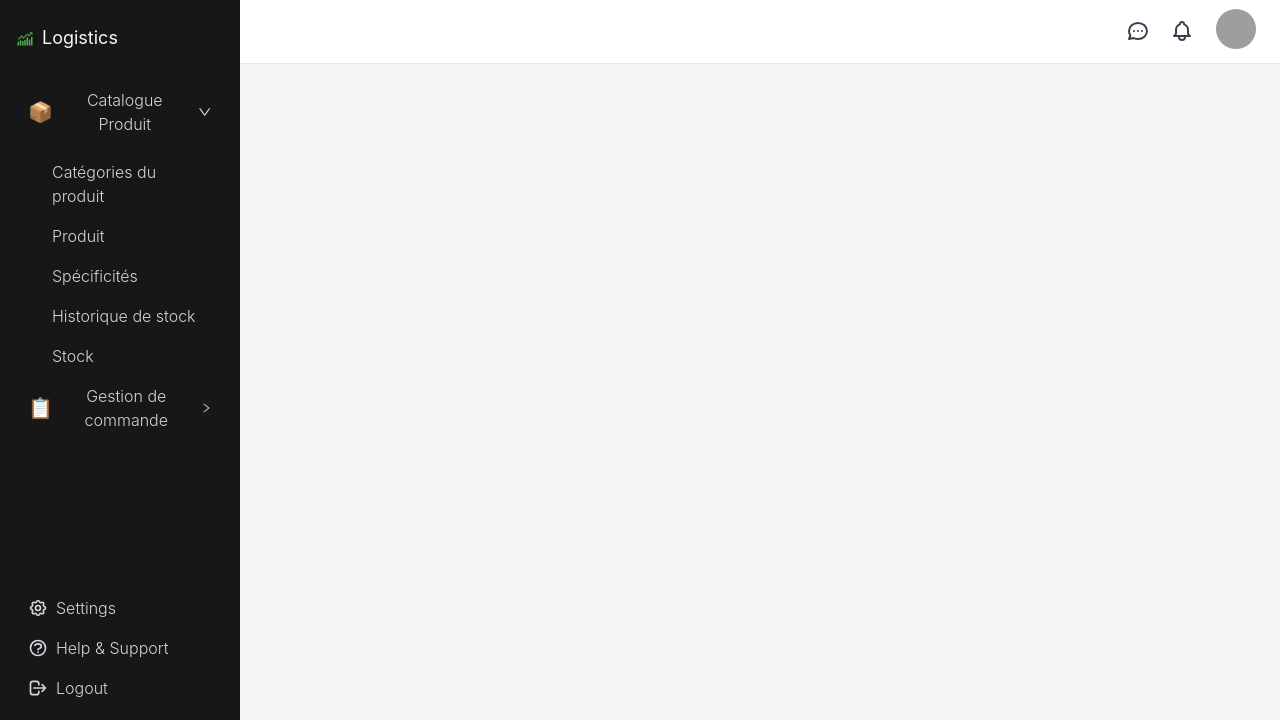
Repository: Mayar2222/Dashboard
Page: /, after clicking the first element matching `button.flex`
The author's editor kept a copy of each file at every save. The page is drawn from the files as they stood at one save, then again after a run of saves.
The browser window is 1280 px wide. The pictures show the whole page.
Pictures or frames that could not be fetched are drawn as grey boxes. The project was rebuilt for these pictures with package versions that can differ from the ones it lists, and the page was loaded fresh each time. Also part of the build but not shown: src/components/CatalogueProduits.jsx, src/components/Categories.jsx.

Above is the page before, as saved 2024-07-28 17:38:59.

After the next 2 saves:
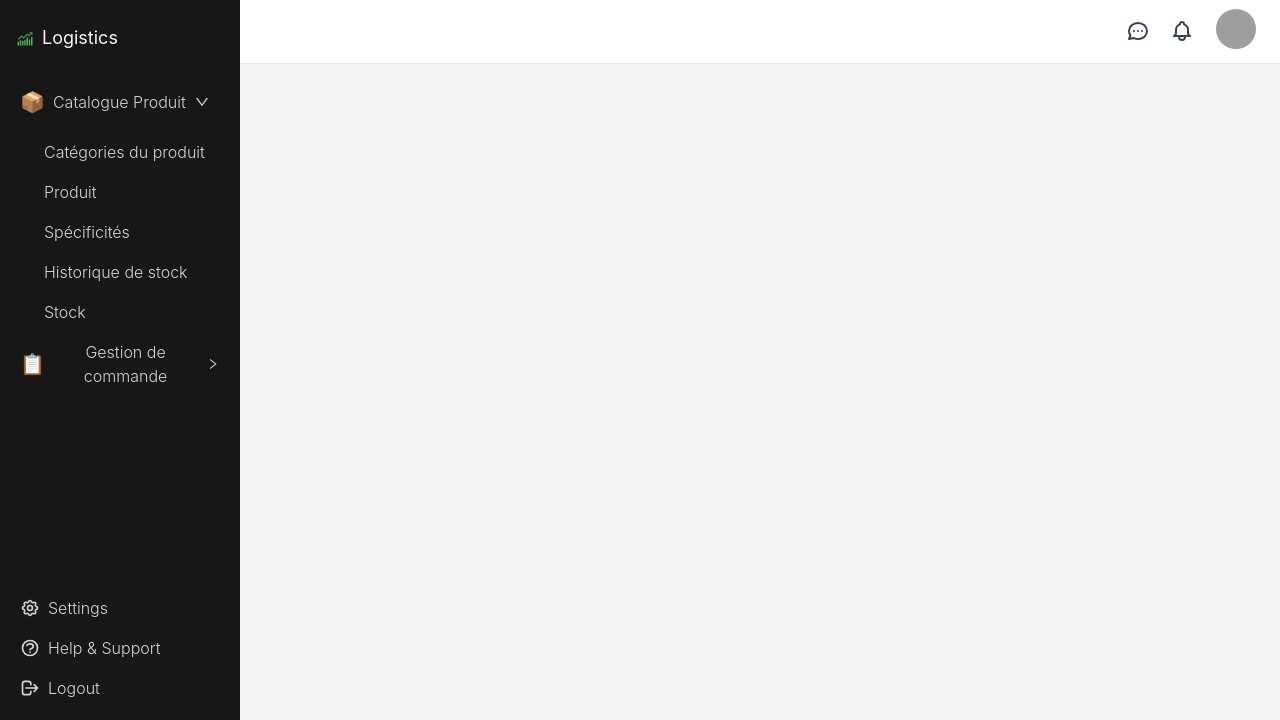
The 2 saves are shown as one change because they came seconds apart.
The last was saved 18 s later.
--- a/src/components/shared/Sidebar.jsx
+++ b/src/components/shared/Sidebar.jsx
@@ -6,7 +6,7 @@ import { Link, useLocation } from 'react-router-dom';
 import { DASHBOARD_SIDEBAR_BOTTOM_LINKS, DASHBOARD_SIDEBAR_LINKS } from '../../lib/consts/navigation';
 
 const linkClasses =
-  'flex items-center gap-2 font-light px-4 py-2 hover:bg-neutral-700 hover:no-underline active:bg-neutral-600 rounded-sm text-base text-gray-300';
+  'flex items-center gap-2 font-light px-2 py-2 hover:bg-neutral-700 hover:no-underline active:bg-neutral-600 rounded-sm text-base text-gray-300';
 
 const titleClasses = 'flex items-center gap-2 px-1 py-3 text-neutral-100 text-lg';
 
